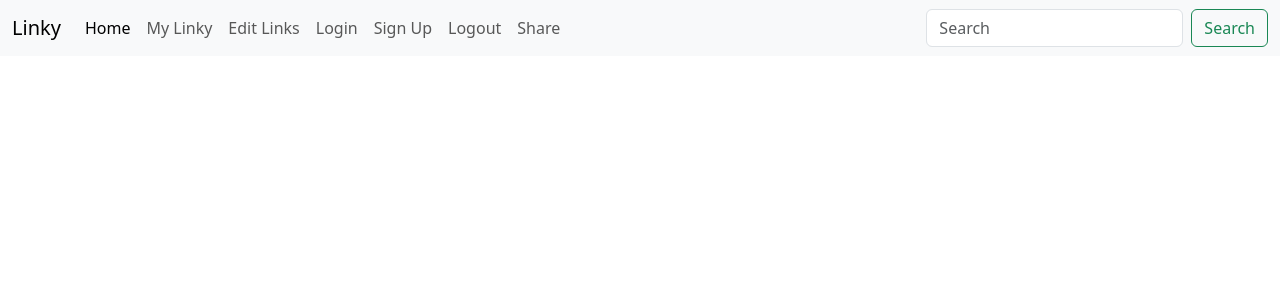
Repository: saramargulies/linktree-app-deploy
Page: / (app in ghi/)
These files come from the project's save history. The page is drawn as it stood at one moment and after the next save; the edit follows.
The browser window is 1280 px wide. The pictures show the whole page.
The project was rebuilt for these pictures with package versions that can differ from the ones it lists, and the page was loaded fresh each time. Imported but missing from the stored project, and not drawn on this page: ghi/src/Global/Footer, ghi/src/Home/HomePage.

Above is the page before, as saved 2023-09-28 19:02:11.

After the next save:
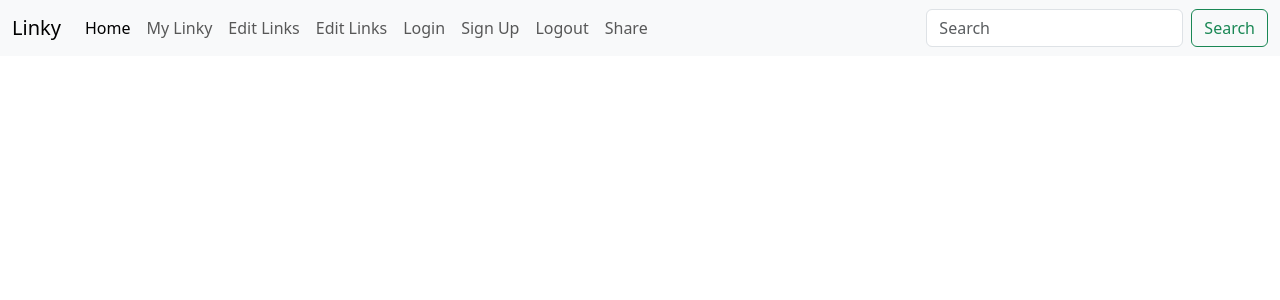
Saved 42 s later.
--- a/ghi/src/Global/NavBar.jsx
+++ b/ghi/src/Global/NavBar.jsx
@@ -36,6 +36,9 @@
                     <Link className="nav-link" href="#">Edit Links</Link>
                     </li>
                     <li className="nav-item">
+                    <Link className="nav-link" href="#">Edit Links</Link>
+                    </li>
+                    <li className="nav-item">
                     <Link className="nav-link" href="#">Login</Link>
                     </li>
                     <li className="nav-item">
